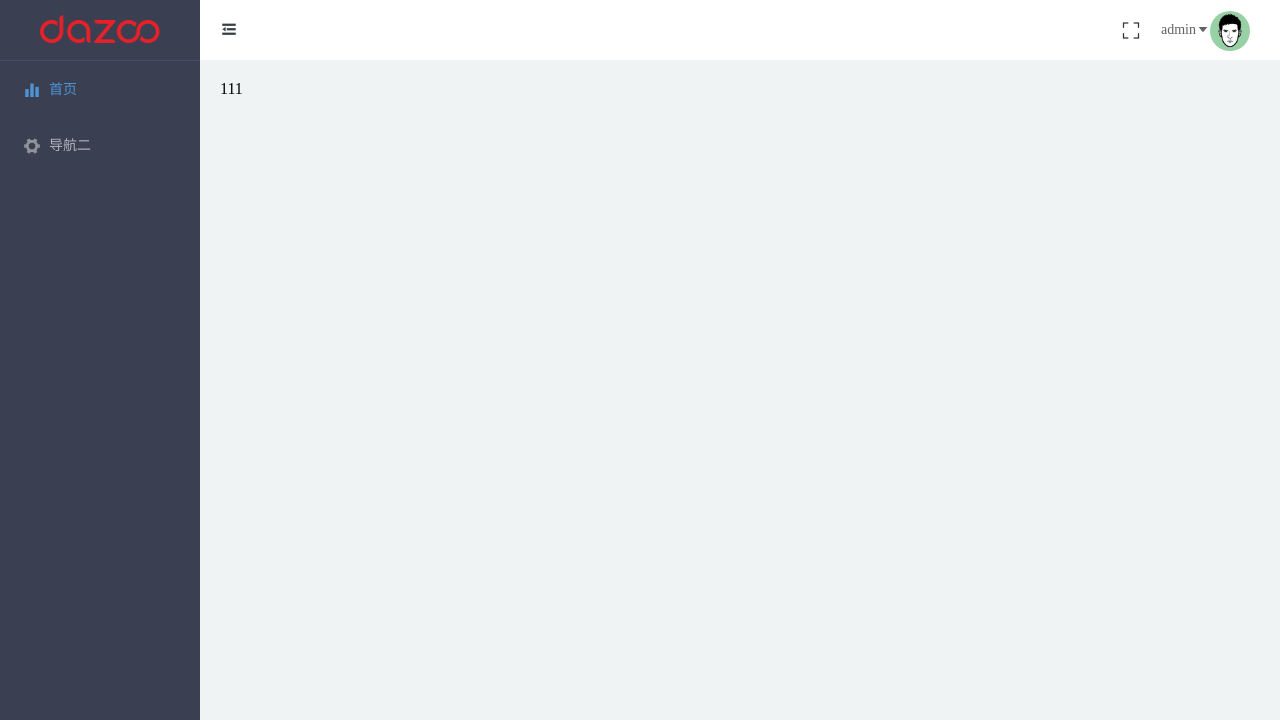
Repository: TomGodb/dazoo-admin
Page: /#/Home
These files come from the project's save history. The page is drawn as it stood at one moment and after the next save; the edit follows.
The browser window is 1280 px wide. The pictures show the whole page.
The project was rebuilt for these pictures with package versions that can differ from the ones it lists, and the page was loaded fresh each time. Also part of the build but not shown: vue.config.js, src/components/SlideVerify/index.vue, src/utils/request.js, src/views/login/http.js, src/views/login/index.vue.

Above is the page before, as saved 2021-01-23 10:10:50.

After the next save:
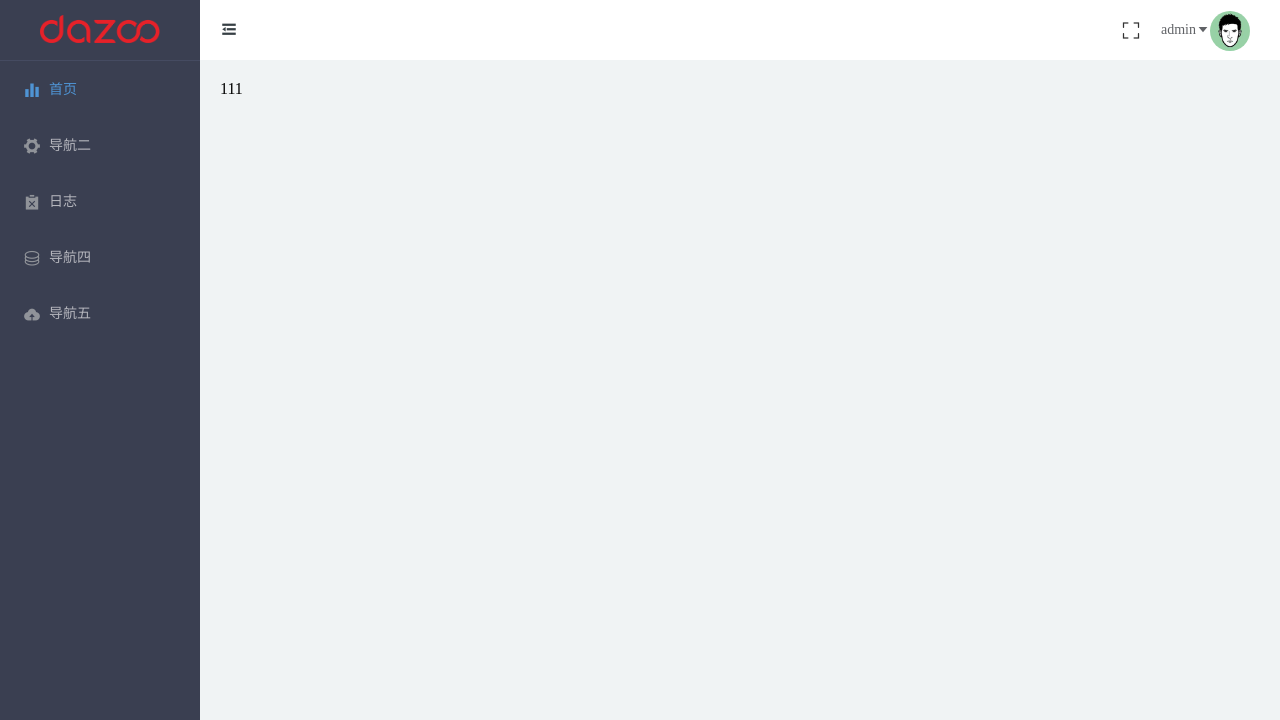
Saved 48 s later.
--- a/src/Home/NavMenu/meunDataRouter.js
+++ b/src/Home/NavMenu/meunDataRouter.js
@@ -23,30 +23,30 @@ const menuData = [{
         //     },
         // }]
     },
-    // {
-    //     id: 3,
-    //     meta: {
-    //         title: "导航三",
-    //         icon: "el-icon-s-release"
-    //     },
-    //     path: "/",
-    // },
-    // {
-    //     id: 4,
-    //     meta: {
-    //         title: "导航四",
-    //         icon: "el-icon-coin"
-    //     },
-    //     path: "/",
-    // },
-    // {
-    //     id: 5,
-    //     meta: {
-    //         title: "导航五",
-    //         icon: "el-icon-upload"
-    //     },
-    //     path: "/",
-    // },
+    {
+        id: 3,
+        meta: {
+            title: "日志",
+            icon: "el-icon-s-release"
+        },
+        path: "/",
+    },
+    {
+        id: 4,
+        meta: {
+            title: "导航四",
+            icon: "el-icon-coin"
+        },
+        path: "/",
+    },
+    {
+        id: 5,
+        meta: {
+            title: "导航五",
+            icon: "el-icon-upload"
+        },
+        path: "/",
+    },
 ]
 
 export {
